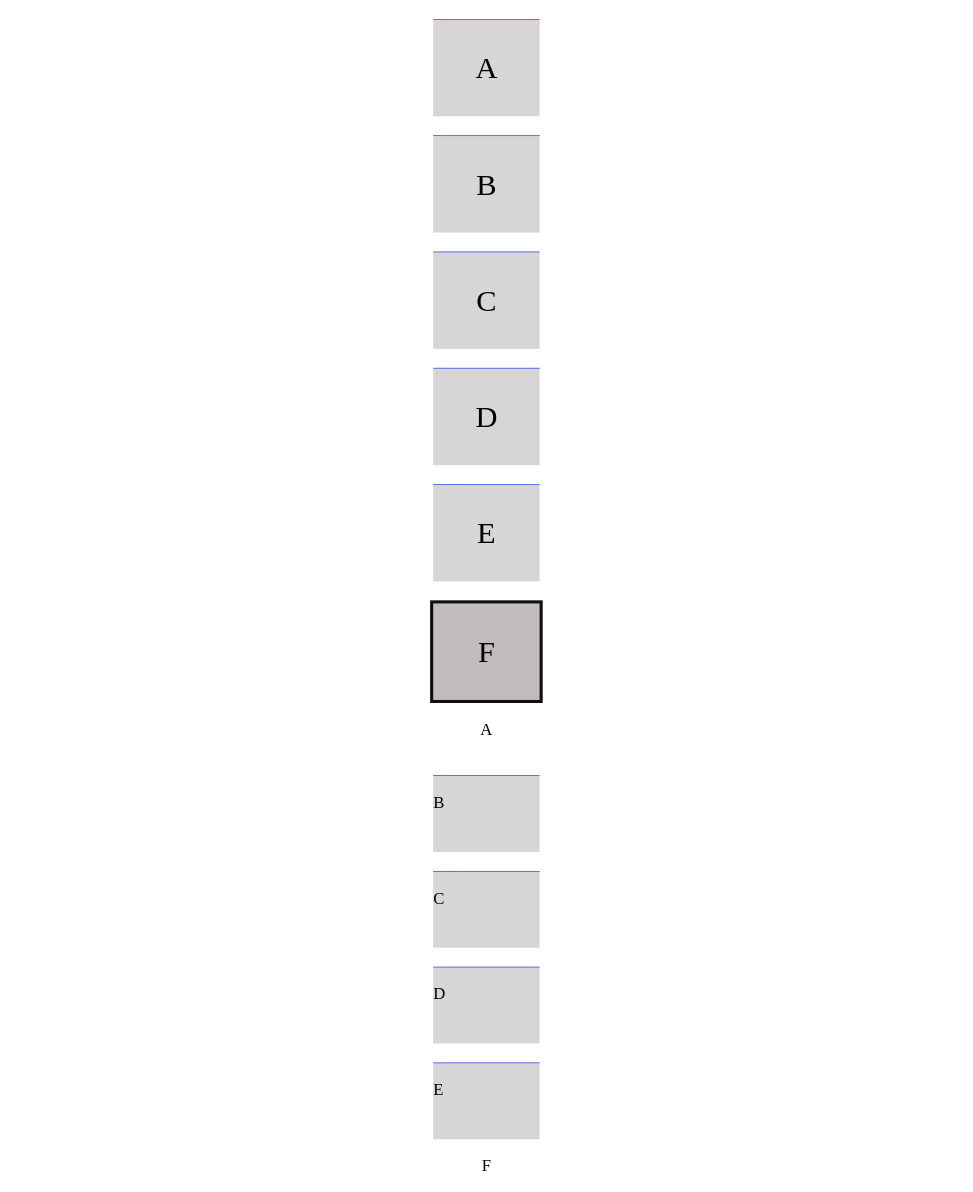
Repository: HoangDuy315/HW_TVK
Page: ex2/index.html
These files come from the project's save history. The page is drawn as it stood at one moment and after the next save; the edit follows.
The browser window is 1280 px wide. The pictures show the whole page, at 76% of full size.

Above is the page before, as saved 2022-10-10 20:55:28.

### ex2/index.html
<html lang="en">
  <head>
    <meta charset="UTF-8" />
    <meta http-equiv="X-UA-Compatible" content="IE=edge" />
    <meta name="viewport" content="width=device-width, initial-scale=1.0" />
    <link rel="stylesheet" href="styleA.css" />
    <link rel="stylesheet" href="styleB.css" />
    <title>"CS142Project #1."</title>
  </head>
  <body>
    <!-- Problem 1 -->
    <div class="square">
      <p class="a">A</p>
    </div>
    <div class="square">
      <p class="b">B</p>
    </div>
    <div class="square">
      <p class="c">C</p>
    </div>
    <div class="square">
      <p class="d">D</p>
    </div>
    <div class="square">
      <p class="e">E</p>
    </div>
    <div class="squares">
      <p class="f">F</p>
    </div>

    <!-- Problem 2 -->
    <div class="squareb">
      <p class="a2">A</p>
    </div>
    <div class="square">
      <p class="b2">B</p>
    </div>
    <div class="square">
      <p class="c2">C</p>
    </div>
    <div class="square">
      <p class="d2">D</p>
    </div>
    <div class="square">
      <p class="e2">E</p>
    </div>
    <div class="squaresb">
      <p class="f2">F</p>
    </div>
  </body>
</html>

### ex2/styleA.css
body {
  flex-direction: column;
  margin: auto;
  display: flex;
  align-items: center;
  font-size: 22px;
}

.square {
  margin: auto;
  min-height: 100px;
  min-width: 140px;
  border-top: 1px solid rgb(47, 85, 235);
  background-color: rgb(215, 213, 213);
  margin-top: 25px;
}

.a {
  font-size: 40px;
  text-align: center;
}
.b {
  font-size: 40px;
  text-align: center;
}

.c {
  font-size: 40px;
  text-align: center;
}

.d {
  font-size: 40px;
  text-align: center;
}

.e {
  font-size: 40px;
  text-align: center;
}

.f {
  font-size: 40px;
  text-align: center;
}

.squares {
  margin: auto;
  min-height: 100px;
  min-width: 140px;
  border: 4px solid rgb(15, 15, 16);
  background-color: rgb(193, 187, 187);
  margin-top: 25px;
}

### ex2/styleB.css
body {
  flex-direction: column;
  margin: auto;
  display: flex;
  align-items: center;
  font-size: 22px;
}

After the next save:
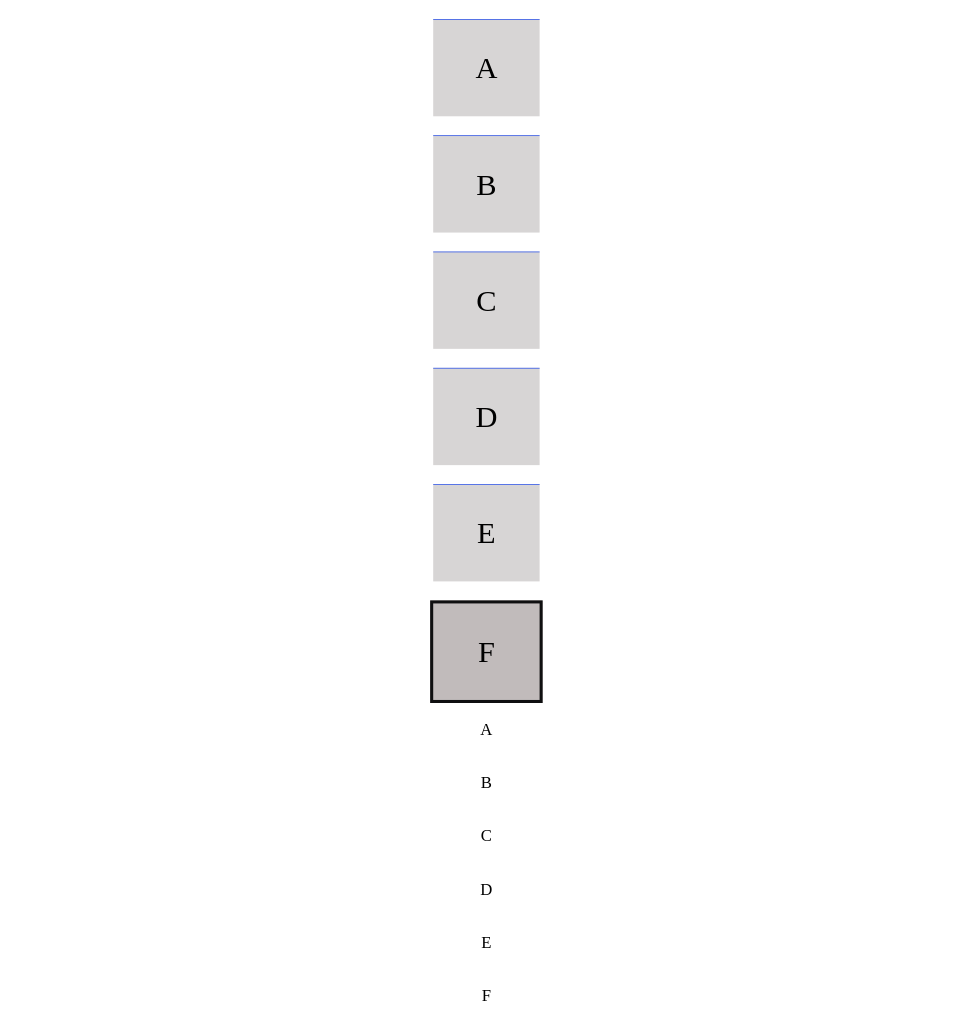
Saved 38 s later.
--- a/ex2/index.html
+++ b/ex2/index.html
@@ -32,16 +32,16 @@
     <div class="squareb">
       <p class="a2">A</p>
     </div>
-    <div class="square">
+    <div class="squareb">
       <p class="b2">B</p>
     </div>
-    <div class="square">
+    <div class="squareb">
       <p class="c2">C</p>
     </div>
-    <div class="square">
+    <div class="squareb">
       <p class="d2">D</p>
     </div>
-    <div class="square">
+    <div class="squareb">
       <p class="e2">E</p>
     </div>
     <div class="squaresb">
